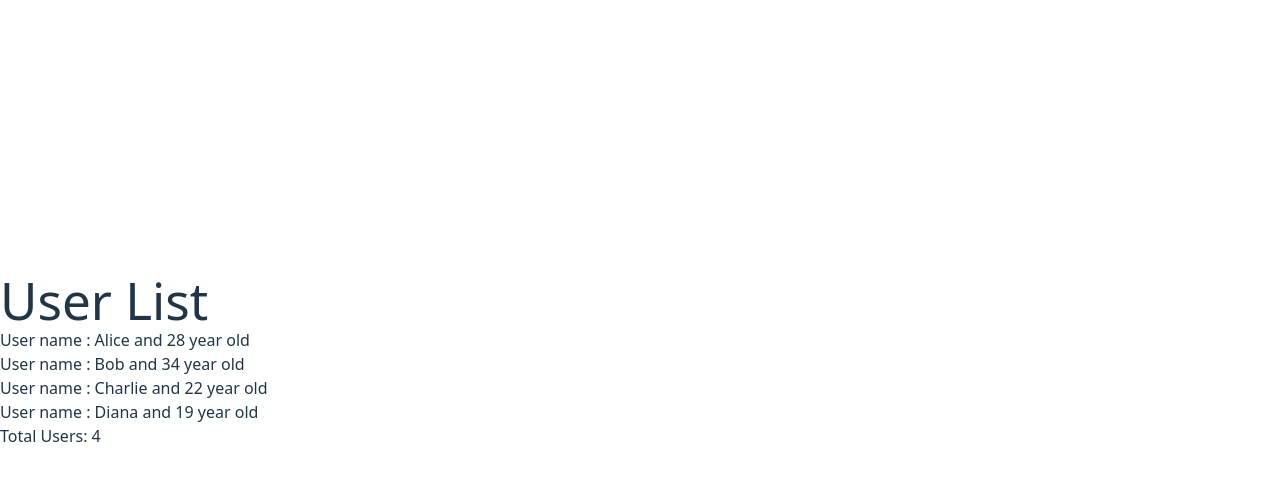
Repository: rushikesh-kolpe21/React_lectures
Page: / (app in React_bun/)
The author's editor kept a copy of each file at every save. The page is drawn from the files as they stood at one save, then again after the next save.
The browser window is 1280 px wide. The pictures show the whole page.
The project was rebuilt for these pictures with package versions that can differ from the ones it lists, and the page was loaded fresh each time. Also part of the build but not shown: React_bun/vite.config.js, React_bun/src/components/EventProps.jsx, React_bun/src/components/SeriesCards.jsx, React_bun/src/components/Netflix.jsx, React_bun/src/components/Profile.jsx.

Above is the page before, as saved 2025-12-02 07:02:54.

### React_bun/src/main.jsx
import { StrictMode } from 'react'
import { createRoot } from 'react-dom/client'
import './index.css'
import {App} from './App.jsx'

createRoot(document.getElementById('root')).render(
  <StrictMode>
    <App />
  </StrictMode>,
)

### React_bun/src/App.jsx
import { DericedState } from "./components/DericedState";
import { EventProps } from "./components/EventProps";
import { Netflix } from "./components/Netflix";
import { Profile } from "./components/Profile";

 export const App =()=> {

  const age = 17;

  return(
    <>
    {/* <Netflix/> */}
    {/* <Profile/> */}
    {/* <EventProps/> */}
    <DericedState/>
    </>
  )
}

### React_bun/src/components/DericedState.jsx
import { useState } from "react"



export const DericedState = () => {
    const [users, setUsers] = useState(
    [
    { id: 1, name: 'Alice', age: 28 },
    { id: 2, name: 'Bob', age: 34 },
    { id: 3, name: 'Charlie', age: 22 },
    { id: 4, name: 'Diana', age: 19 },
]);

    const userCount = users.length;

    // Derive state :  average age of users
    const averageAge = users.reduce((accum, currElem) => accum + currElem.age, 0) / userCount;
    return (
        <div>
            <h1>User List</h1>
            <ul>
                {users.map((currUser, index)=>{
                    return(
                        <h2 key={index}>User name : {currUser.name} and {currUser.age} year old</h2>
                    )
                })}
            </ul>
            <h2>Total Users: {userCount}</h2>
        </div>
    )
}

Loaded but not shown: React_bun/index.html (common file); React_bun/src/index.css (common file)

After the next save:
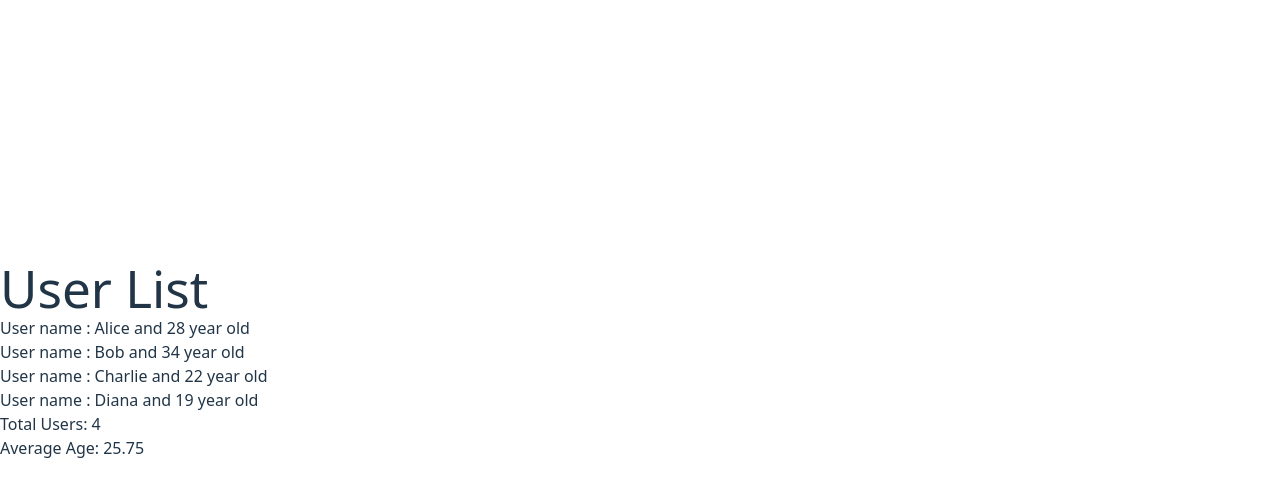
Saved 7 s later.
--- a/React_bun/src/components/DericedState.jsx
+++ b/React_bun/src/components/DericedState.jsx
@@ -26,6 +26,7 @@
                 })}
             </ul>
             <h2>Total Users: {userCount}</h2>
+            <h2>Average Age: {averageAge.toFixed(2)}</h2>
         </div>
     )
 }
